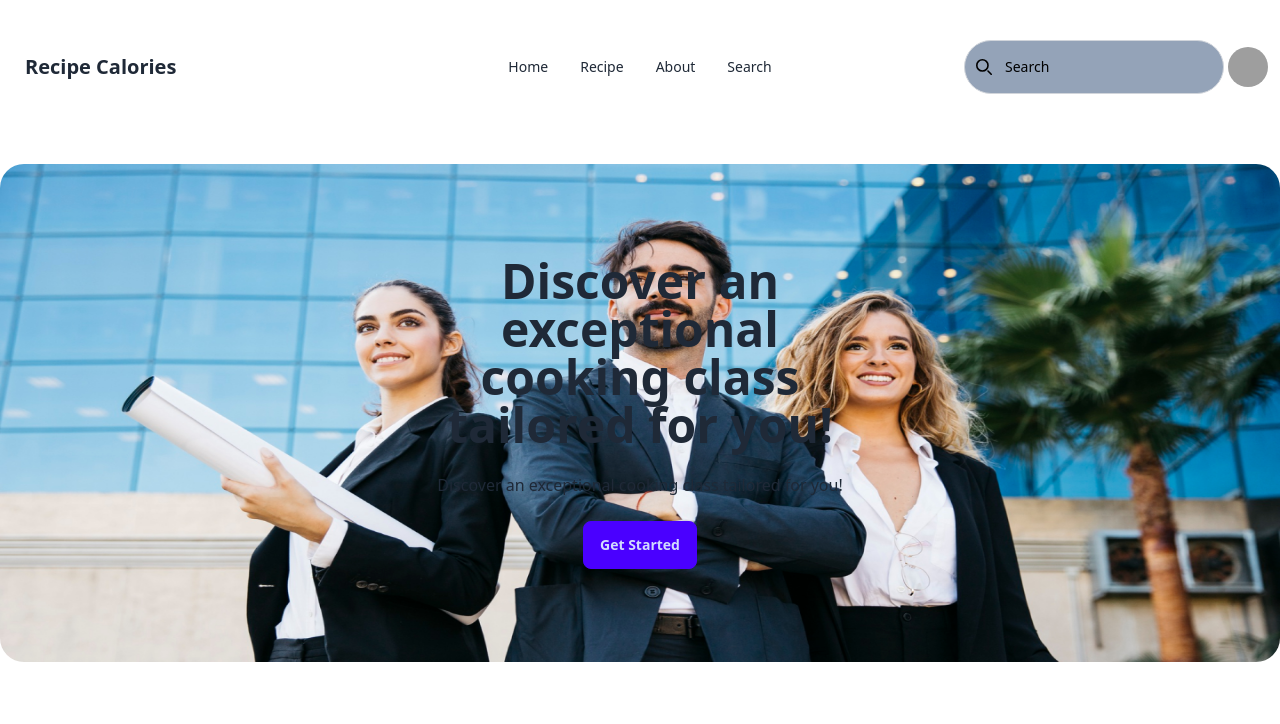
Repository: RudrasahaDibos/Chefs-table
Page: /
An editor plug-in stored every save of this project. The page is shown before and after the next save, followed by the edit.
The browser window is 1280 px wide. The pictures show the whole page.
Pictures or frames that could not be fetched are drawn as grey boxes. The project was rebuilt for these pictures with package versions that can differ from the ones it lists, and the page was loaded fresh each time. Also part of the build but not shown: vite.config.js, src/App.css.

Above is the page before, as saved 2024-12-19 09:48:00.

After the next save:
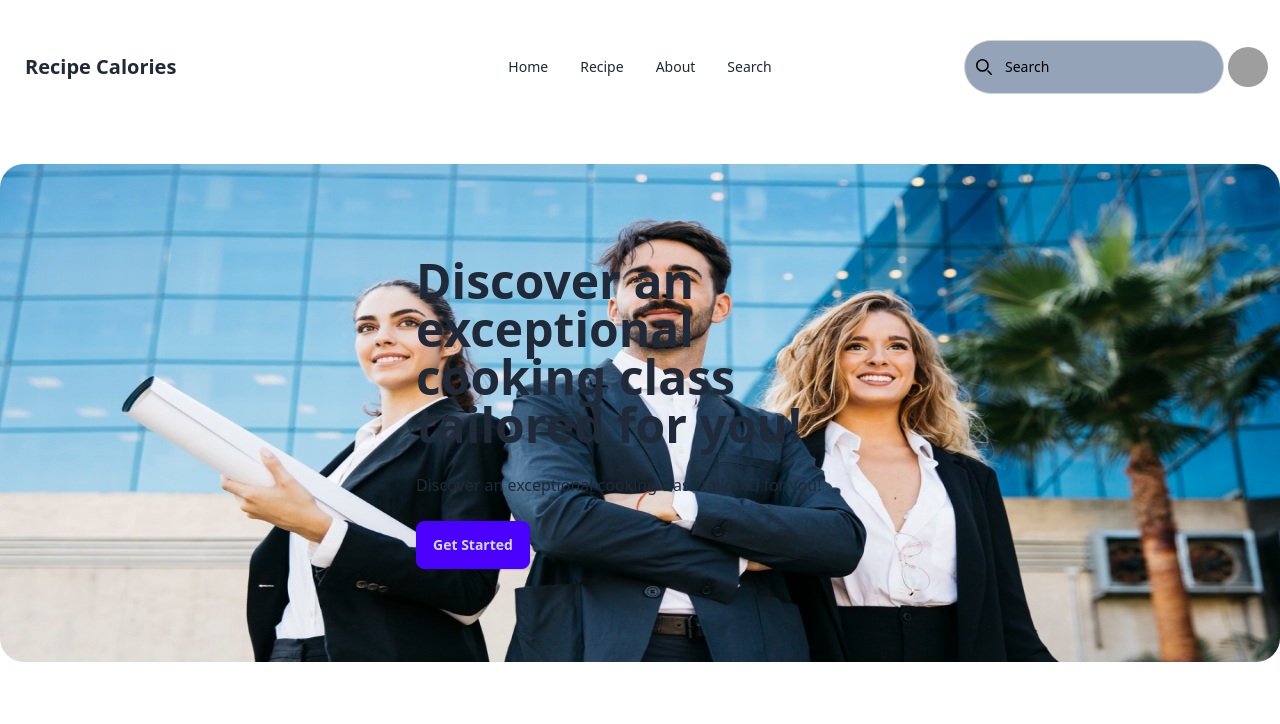
Saved 12 s later.
--- a/src/Component/Banner/Banner.jsx
+++ b/src/Component/Banner/Banner.jsx
@@ -5,7 +5,7 @@ const Banner = () => {
         <div className='max-w-7xl mx-auto '>
             <div className="hero ">
      <img src={img} alt="" className='h-4/5 w-full rounded-3xl' />
-  <div className="hero-content text-center">
+  <div className="hero-content ">
     <div className="max-w-md">
       <h1 className="text-5xl font-bold">Discover an exceptional cooking class tailored for you!</h1>
       <p className="py-6">
